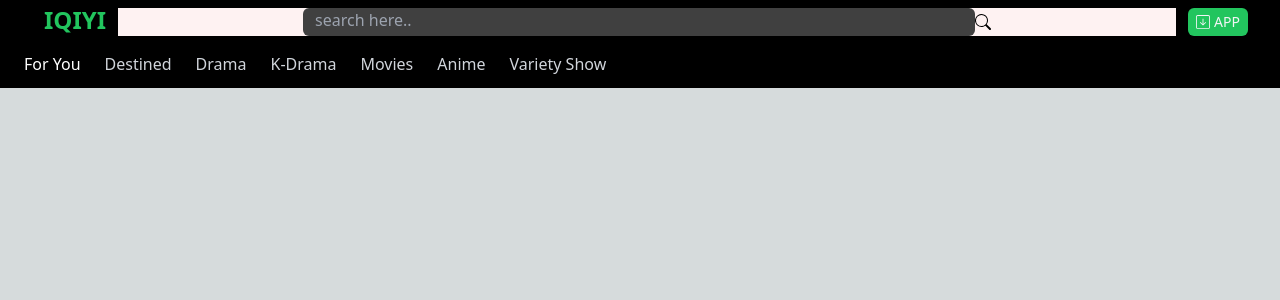
Repository: cozocozy/iqiyi-clone
Page: /
The author's editor kept a copy of each file at every save. The page is drawn from the files as they stood at one save, then again after the next save.
The browser window is 1280 px wide. The pictures show the whole page.
The project was rebuilt for these pictures with package versions that can differ from the ones it lists, and the page was loaded fresh each time. The framework's server and built-in components were replaced by stand-ins that run in the browser. Also part of the build but not shown: next.config.js.

Above is the page before, as saved 2023-07-16 10:52:19.

After the next save:
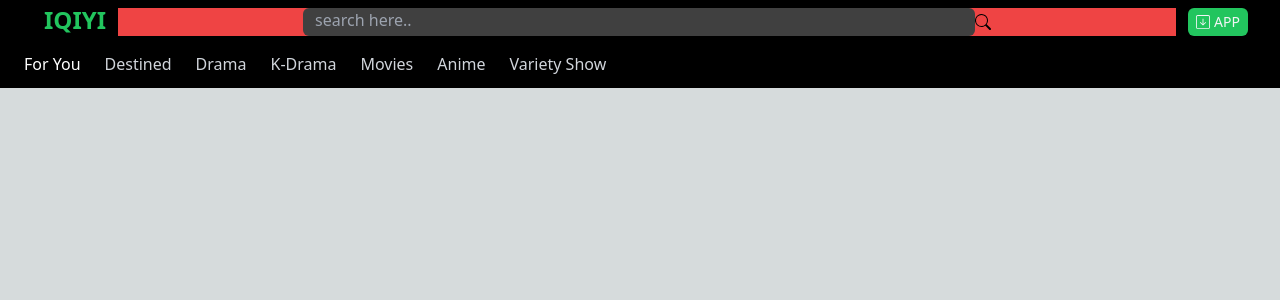
Saved 9 s later.
--- a/pages/components/Header.tsx
+++ b/pages/components/Header.tsx
@@ -15,7 +15,7 @@
         </div>
 
         {/* middle part */}
-        <div className="flex justify-center items-center w-full mt-1 bg-red-50 ">
+        <div className="flex justify-center items-center w-full mt-1 bg-red-500 ">
           <input className="rounded rounded-md bg-neutral-700 w-full max-w-2xl pl-3 pb-1" placeholder="search here.." autoComplete="off"></input>
           <button className="">
             <BsSearch />
